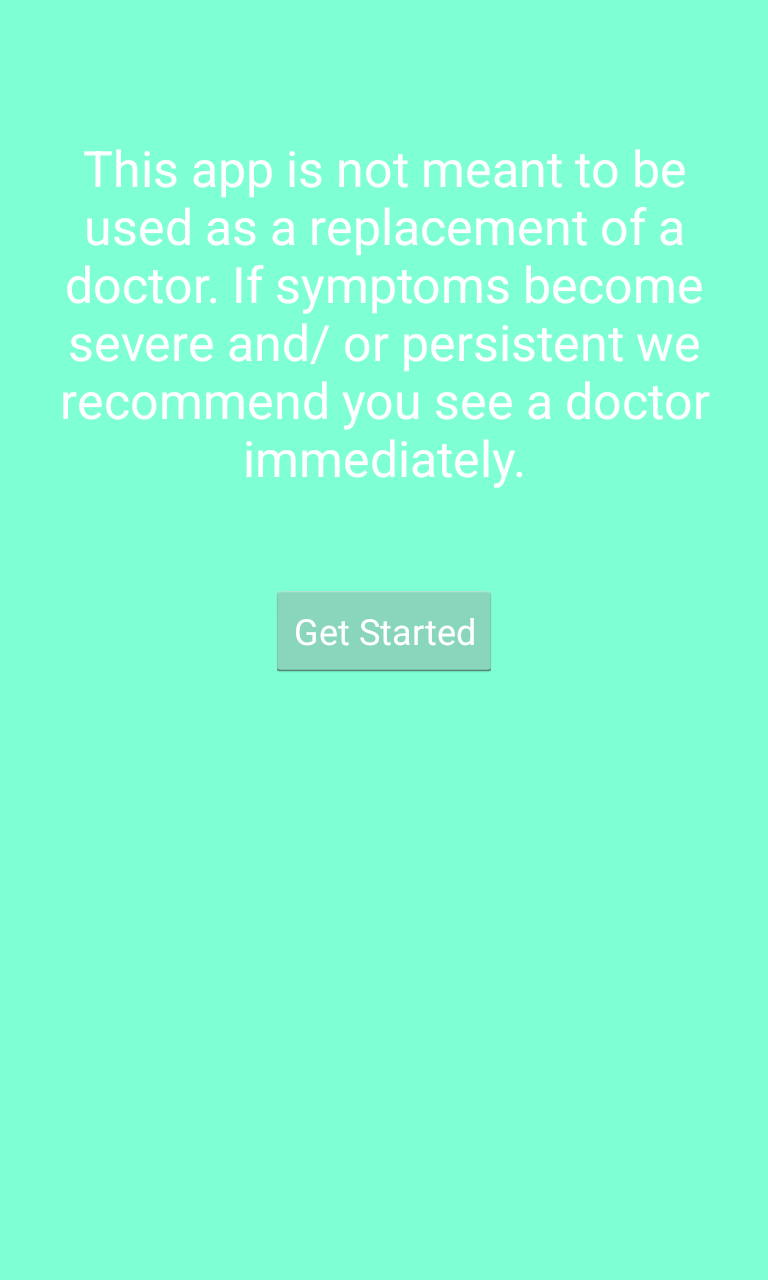
Repository: rosingrr/SympMeds
Layout: app/SympMeds/res/layout/activity_main.xml
The author's editor kept a copy of each file at every save. The layout is drawn from the files as they stood at one save, then again after the next save.
It is drawn on a 768 x 1280 px phone screen (xhdpi) without system bars, with theme AppTheme; the app's code is not run.

Above is the layout before, as saved 2013-08-02 20:22:38.

### app/SympMeds/res/layout/activity_main.xml
<RelativeLayout xmlns:android="http://schemas.android.com/apk/res/android"
    xmlns:tools="http://schemas.android.com/tools"
    android:layout_width="match_parent"
    android:layout_height="match_parent"
    android:background="@color/aqua_marine"
    android:paddingBottom="@dimen/activity_vertical_margin"
    android:paddingLeft="@dimen/activity_horizontal_margin"
    android:paddingRight="@dimen/activity_horizontal_margin"
    android:paddingTop="@dimen/activity_vertical_margin"
    tools:context=".MainActivity" >

    <Button
        android:id="@+id/start_button"
        android:layout_width="wrap_content"
        android:layout_height="wrap_content"
        android:layout_below="@+id/welcom_textView"
        android:layout_centerHorizontal="true"
        android:layout_marginTop="46dp"
        android:onClick="start"
        android:text="@string/start"
        android:textColor="@color/white" />

    <TextView
        android:id="@+id/welcom_textView"
        android:layout_width="wrap_content"
        android:layout_height="wrap_content"
        android:layout_alignParentTop="true"
        android:layout_centerHorizontal="true"
        android:layout_marginTop="51dp"
        android:gravity="center"
        android:text="@string/welcome"
        android:textColor="@color/white"
        android:textSize="25" />

</RelativeLayout>

### app/SympMeds/res/values/Colors.xml
<?xml version="1.0" encoding="utf-8"?>
<resources>
    <color name = "white">#ffffffff</color>
    <color name = "aqua_marine">#ff66cccc</color>
</resources>

### app/SympMeds/res/values/colors.xml
<?xml version="1.0" encoding="utf-8"?>
<resources>
    <color name="red">#ffff0000</color>
    <color name="green">#ff00ff00</color>
    <color name="blue">#ff0000ff</color>
    <color name="transparent_red">#ffff0000</color>
    <color name="steel_blue">#ff4682B4</color>
    <color name="crimson">#ffdc143c</color>
    <color name="sea_green">#ff2e8b57</color>
    <color name="aqua_marine">#ff7fffd4</color>
    <color name="white">#ffffffff</color>
    <color name="darker_aqua_marine">#ff3f7f6a</color>
    <color name="color1">#ff66cccc</color>
    <color name="color2">#ff33cccc</color>
    <color name="color3">#ff00cccc</color>
</resources>

### app/SympMeds/res/values/strings.xml
<?xml version="1.0" encoding="utf-8"?>
<resources>

    <string name="app_name">SympMeds</string>
    <string name="action_settings">Settings</string>
    <string name="nearest_pharmacy">Nearest Pharmacy</string>
    <string name="welcome">This app is not meant to be used as a replacement of a doctor. If symptoms become severe and/ or persistent we recommend you see a doctor immediately.</string>
    <string name="start">Get Started</string>

    <string name="title_activity_symptom_list">SymptomList</string>
    <string name="symptom_instructions">To look up over-the-counter medication based on symptom, please choose from the drop down list below. Then click on the "Find" button.</string>
    <string name="search">Find</string>
    <string name="symptoms">Symptoms</string>
    <string name="symptom_instructions1">The button below searches for the closest pharmacy location to you. This button may be used at any point after opening the application.</string>
    <string name="Button">Nearest Pharmacy</string>

    <string name="title_activity_drug_list">DrugList</string>
    <string name="symptom_name">name of symptom</string>
    <string name="symptom_description">description of symptom</string>
    <string name="drug_instructions">Choose a drug from the drop-down list and then push the Get Info button to pull up the information on the drug.</string>
    <string name="get_info">Get Info</string>
    <string name="end">/////</string>

    <string name="title_activity_drug_info">DrugInfo</string>
    <string name="drug_name">Medication Name</string>
    <string name="symptoms_label">Uses:</string>
    <string name="side_effects_label">Warnings:</string>
    <string name="directions_label">Directions:</string>
    <string name="unknown">unknown</string>
    <string name="medications">Medications</string>

    <string name="15">15</string>
    <string name="16">16</string>
    <string name="19">19</string>
    <string name="25">25</string>

</resources>

Loaded but not shown: app/SympMeds/res/values/styles.xml (common file); app/SympMeds/res/values-v11/styles.xml (common file); app/SympMeds/res/values-v14/styles.xml (common file); app/SympMeds/res/values/dimens.xml (common file)

After the next save:
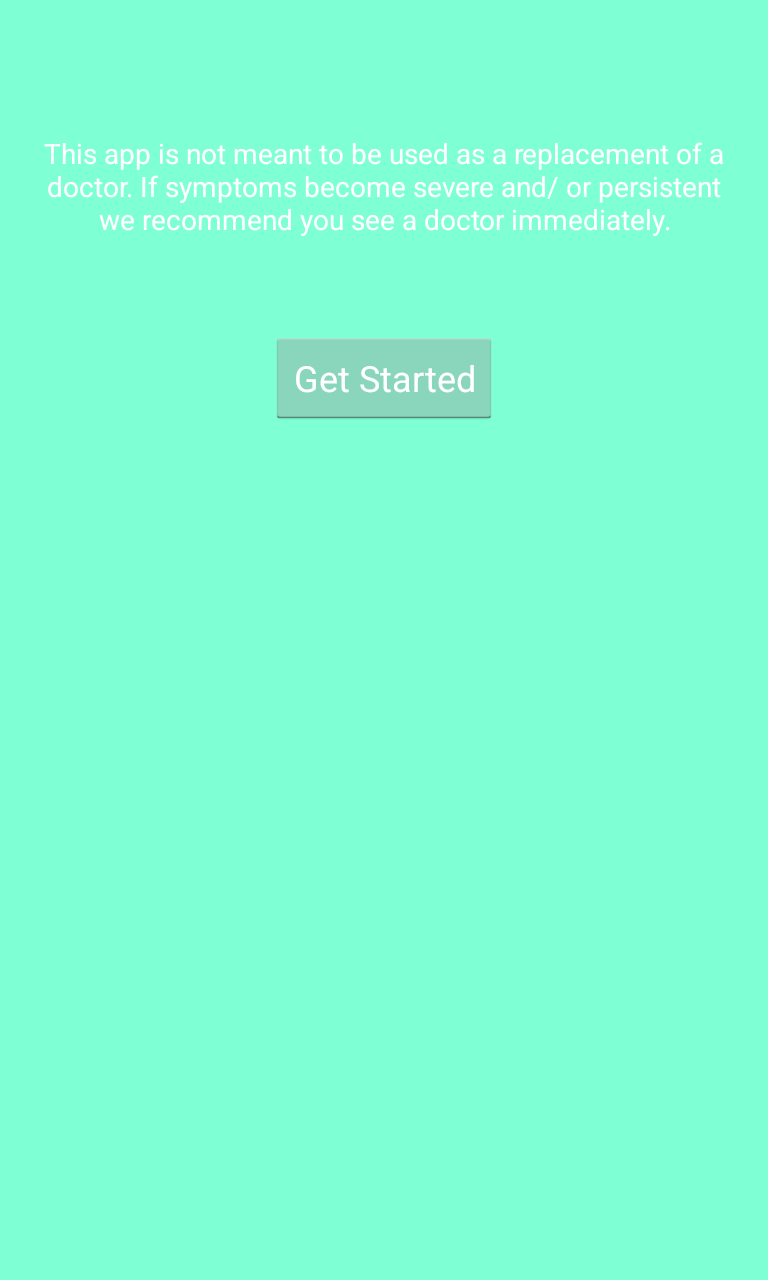
Saved 12 s later.
--- a/app/SympMeds/res/layout/activity_main.xml
+++ b/app/SympMeds/res/layout/activity_main.xml
@@ -30,6 +30,6 @@
         android:gravity="center"
         android:text="@string/welcome"
         android:textColor="@color/white"
-        android:textSize="25" />
+        android:textSize="@string/25" />
 
 </RelativeLayout>
